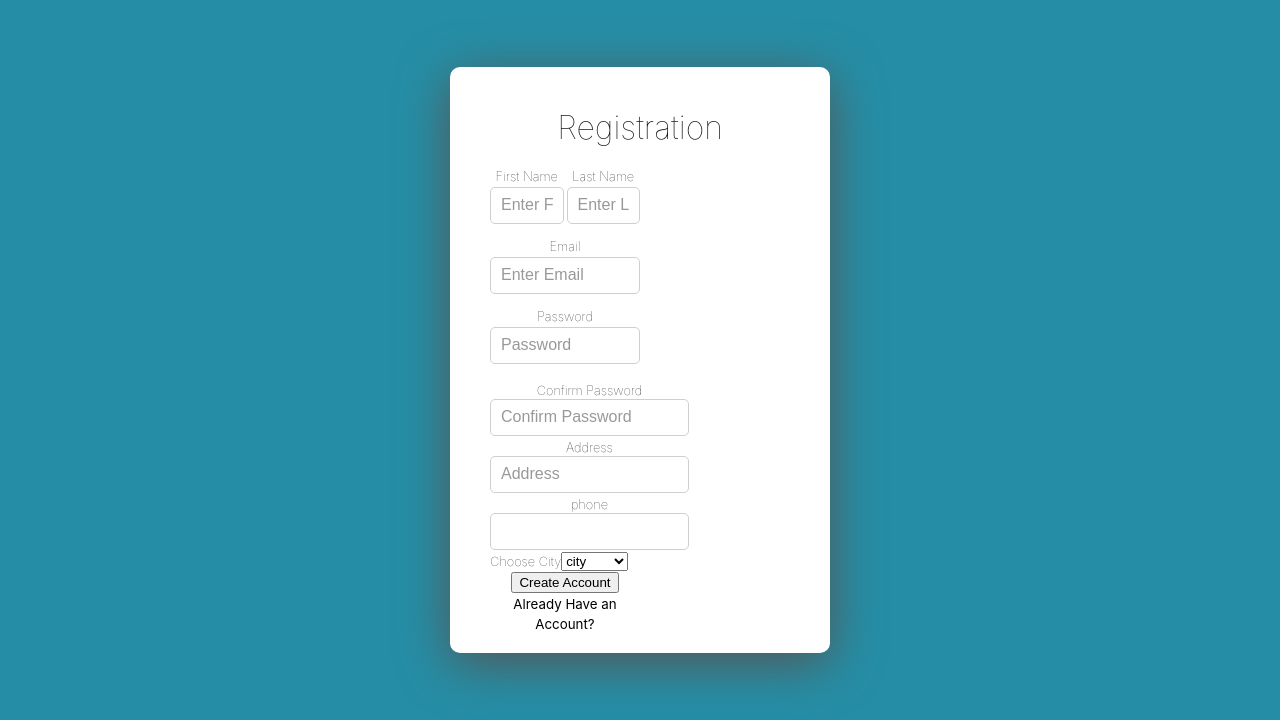
Repository: Fortune-Labs/Event-management-system-CapstoneG3
Page: / (app in frontend/)
These files come from the project's save history. The page is drawn as it stood at one moment and after the next save; the edit follows.
The browser window is 1280 px wide. The pictures show the whole page.
The project was rebuilt for these pictures with package versions that can differ from the ones it lists, and the page was loaded fresh each time.

Above is the page before, as saved 2020-09-03 01:11:12.

### frontend/src/App.js
import React from "react";
import "./App.css";
import Register from "./components/LoginSignup/register";

function App() {
  return (
    <div className="App">
      <Register />
    </div>
  );
}

export default App;

### frontend/src/components/LoginSignup/register.jsx
import React from "react";
import "./style.css";

const emailRegex = RegExp(
  /^[a-zA-Z0-9.!#$%&’*+/=?^_`{|}~-]+@[a-zA-Z0-9-]+(?:\.[a-zA-Z0-9-]+)*$/
);

const formValid = ({ formErrors, ...rest }) => {
  let valid = true;

  // validate form errors being empty
  Object.values(formErrors).forEach((val) => {
    val.length > 0 && (valid = false);
  });

  // validate the form was filled out
  Object.values(rest).forEach((val) => {
    val === null && (valid = false);
  });

  return valid;
};
export default class Register extends React.Component {
  constructor(props) {
    super(props);
    this.state = {
      firstName: null,
      lastName: null,
      email: null,
      password: null,
      cpassword: null,
      phone: null,
      address: null,
      city: null,
      formErrors: {
        firstName: "",
        lastName: "",
        email: "",
        password: "",
        cpassword: "",
        phone: "",
        address: "",
        city: "",
      },
    };
  }

  handleSubmit = (e) => {
    e.preventDefault();

    if (formValid(this.state)) {
      //bellow hello we submit form to backend
      console.log(`
        --SUBMITTING--
        First Name: ${this.state.firstName}
        Last Name: ${this.state.lastName}
        Email: ${this.state.email}
        Password: ${this.state.password}
      `);
    } else {
      console.error("FORM INVALID - DISPLAY ERROR MESSAGE");
    }
  };

  handleChange = (e) => {
    e.preventDefault();
    const { name, value } = e.target;
    let formErrors = { ...this.state.formErrors };

    switch (name) {
      case "firstName":
        formErrors.firstName =
          value.length < 3 ? "minimum 3 characaters required" : "";
        break;
      case "lastName":
        formErrors.lastName =
          value.length < 3 ? "minimum 3 characaters required" : "";
        break;
      case "email":
        formErrors.email = emailRegex.test(value)
          ? ""
          : "invalid email address";
        break;
      case "password":
        formErrors.password =
          value.length < 6 ? "minimum 6 characaters required" : "";
        break;
      default:
        break;
    }

    this.setState({ formErrors, [name]: value }, () => console.log(this.state));
  };

  render() {
    const { formErrors } = this.state;
    return (
      <div className="wrapper">
        <div className="form-wrapper">
          <h1>Registration</h1>
          <form onSubmit={this.handleSubmit} noValidate>
            <div className="firstName">
              <label htmlFor="firstName">First Name</label>
              <input
                type="text"
                name="firstName"
                placeholder="Enter First Name"
                noValidate
                onChange={this.handleChange}
              />
              {formErrors.firstName.length > 0 && (
                <span className="errorMessage">{formErrors.firstName}</span>
              )}
            </div>
            <div className="lastName">
              <label htmlFor="lastName">Last Name</label>
              <input
                type="text"
                name="lastName"
                placeholder="Enter Last name"
                noValidate
                onChange={this.handleChange}
              />
              {formErrors.lastName.length > 0 && (
                <span className="errorMessage">{formErrors.lastName}</span>
              )}
            </div>
            <div className="email">
              <label htmlFor="email">Email</label>
              <input
                type="text"
                name="email"
                placeholder="Enter Email"
                noValidate
                onChange={this.handleChange}
              />
              {formErrors.email.length > 0 && (
                <span className="errorMessage">{formErrors.email}</span>
              )}
            </div>
            <div className="password">
              <label htmlFor="password">Password</label>
              <input
                type="password"
                name="password"
                placeholder="Password"
                noValidate
                onChange={this.handleChange}
              />
              {formErrors.password.length > 0 && (
                <span className="errorMessage">{formErrors.password}</span>
              )}
            </div>
            <div className="cpassword">
              <label htmlFor="cpassword">Confirm Password</label>
              <input
                type="password"
                name="cpassword"
                placeholder="Confirm Password"
                noValidate
                onChange={this.handleChange}
              />
              {formErrors.cpassword.length > 0 && (
                <span className="errorMessage">{formErrors.cpassword}</span>
              )}
            </div>

            <div className="address">
              <label htmlFor="address">Address</label>
              <input
                type="text"
                name="address"
                placeholder="Address"
                noValidate
                onChange={this.handleChange}
              />
            </div>

            <div className="phone">
              <label htmlFor="phone">phone</label>
              <input
                type="phone"
                name="phone"
                placeholder=""
                noValidate
                onChange={this.handleChange}
              />
            </div>

            <div className="city">
              <label htmlFor="city">Choose City</label>
              <select
                id="city"
                name="city"
                noValidate
                onChange={this.handleChange}
              >
                <option value="" disabled selected hidden>
                  city
                </option>
                <option value="acc">Accra</option>
                <option value="tma">Tamale</option>
                <option value="ksi">Kumasi</option>
              </select>
            </div>

            <div className="register action-counter">
              <button onClick={this.register} type="submit" className="btn">
                Create Account
              </button>
              <small>Already Have an Account?</small>
            </div>
          </form>
        </div>
      </div>
    );
  }
}

### frontend/src/components/LoginSignup/style.css
.wrapper {
  height: 100vh;
  width: 100%;
  display: flex;
  flex-direction: column;
  justify-content: center;
  align-items: center;
  background-color: #258ea6;
}

.form-wrapper {
  width: 300px;
  display: flex;
  flex-direction: column;
  padding: 20px 40px;
  border-radius: 10px;
  box-shadow: 0px 10px 50px #555;
  background-color: #ffffff;
}

form {
  width: 50%;
  display: flex;
  flex-wrap: wrap;
}

h1 {
  text-align: center;
  width: 100%;
  color: #111;
  font-weight: lighter;
  font-family: -apple-system, BlinkMacSystemFont, "Segoe UI", Roboto, Oxygen,
    Ubuntu, Cantarell, "Open Sans", "Helvetica Neue", sans-serif;
}

label {
  font-size: 0.8em;
  margin-bottom: 0.25em;
  color: #222;
  font-weight: lighter;
}

input {
  padding: 10px 10px;
  border-radius: 5px;
  outline: none;
  border: 1px solid #cfcfcf;
}

input::placeholder {
  font-size: 1.2em;
  font-weight: lighter;
  color: #999;
}

input.error {
  border: 1px solid red;
}

.errorMessage {
  color: red;
  font-size: 0.75em;
  display: relative;
}

.firstName {
  margin-right: 1%;
}

.lastName {
  margin-left: 1%;
}

.firstName,
.lastName,
.email,
.password {
  display: flex;
  flex-direction: column;
  margin-bottom: 15px;
}

.firstName,
.lastName {
  width: 49%;
}

.email,
.password {
  width: 100%;
}

.createAccount {
  width: 100%;
  display: flex;
  flex-direction: column;
  align-items: center;
}

.createAccount button {
  background-color: #519e8a;
  color: #fff;
  border: 2px solid #fff;
  width: 100%;
  margin-top: 1em;
  padding: 8px 0px;
  font-size: 1em;
  font-weight: lighter;
  letter-spacing: 1px;
  margin-bottom: 0.25em;
}

.createAccount button:hover {
  color: #519e8a;
  background-color: #fff;
  border: 2px solid #519e8a;
}

.createAccount small {
  color: #999;
  font-weight: lighter;
}

Loaded but not shown: frontend/public/index.html (common file); frontend/src/index.js (common file); frontend/src/index.css (common file); frontend/src/serviceWorker.js (common file); frontend/src/App.css (common file)

After the next save:
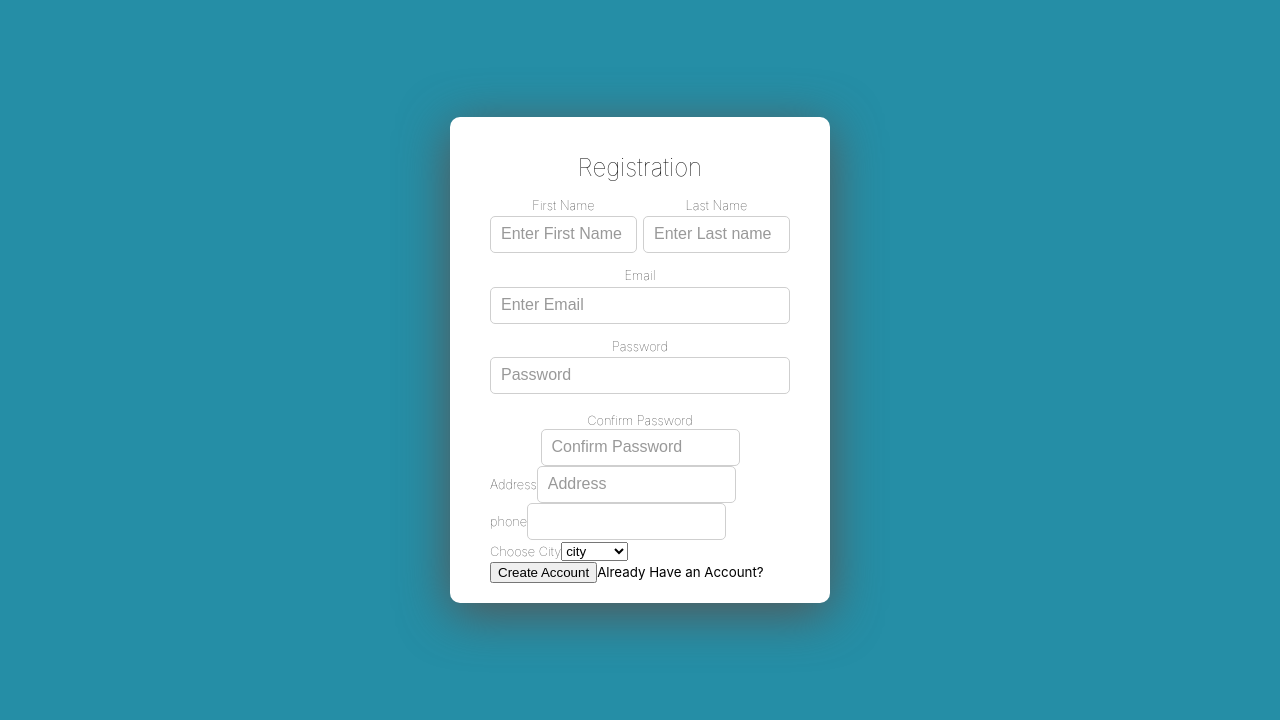
Saved 35 s later.
--- a/frontend/src/components/LoginSignup/style.css
+++ b/frontend/src/components/LoginSignup/style.css
@@ -19,7 +19,7 @@
 }
 
 form {
-  width: 50%;
+  width: 100%;
   display: flex;
   flex-wrap: wrap;
 }
@@ -28,6 +28,7 @@ h1 {
   text-align: center;
   width: 100%;
   color: #111;
+  font-size: 24px;
   font-weight: lighter;
   font-family: -apple-system, BlinkMacSystemFont, "Segoe UI", Roboto, Oxygen,
     Ubuntu, Cantarell, "Open Sans", "Helvetica Neue", sans-serif;
